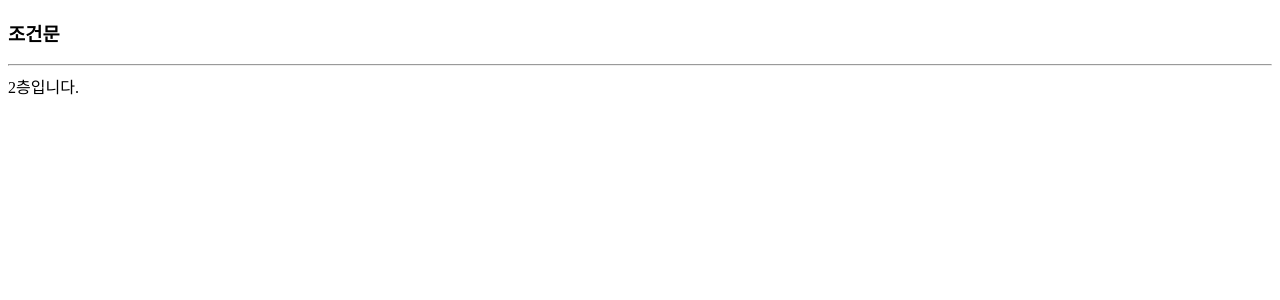
Repository: NewParkk/MultiStudy
Page: http://localhost/step06_jsp/step04_jstl.jsp
The author's editor kept a copy of each file at every save. The page is drawn from the files as they stood at one save, then again after the next save.
The browser window is 1280 px wide. The pictures show the whole page.
The page is served by Tomcat 9.

Above is the page before, as saved 2023-12-28 07:08:59.

After the next save:
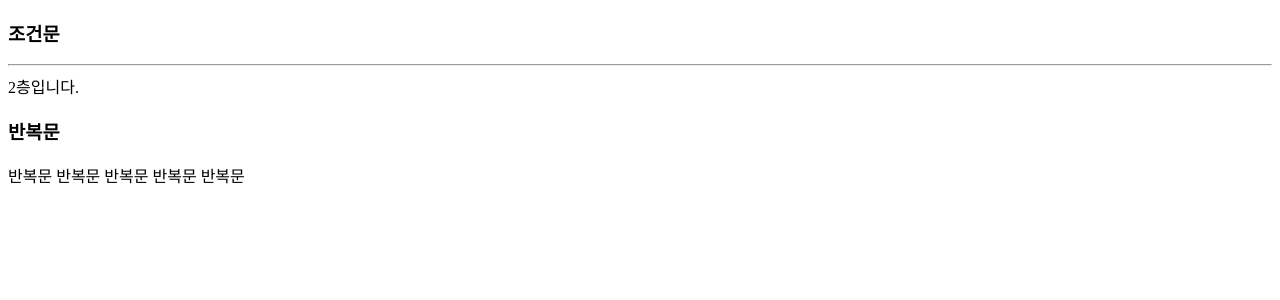
Saved 2 min 34 s later.
--- a/04.web/step06_jsp/WebContent/step04_jstl.jsp
+++ b/04.web/step06_jsp/WebContent/step04_jstl.jsp
@@ -36,7 +36,11 @@
 		</c:otherwise>
 	</c:choose>
 
-
+	<h3>반복문</h3>
+	<!-- 1 ~ 5 -->
+	<c:forEach begin="1" end="5">
+		반복문
+	</c:forEach>
 
 
 
